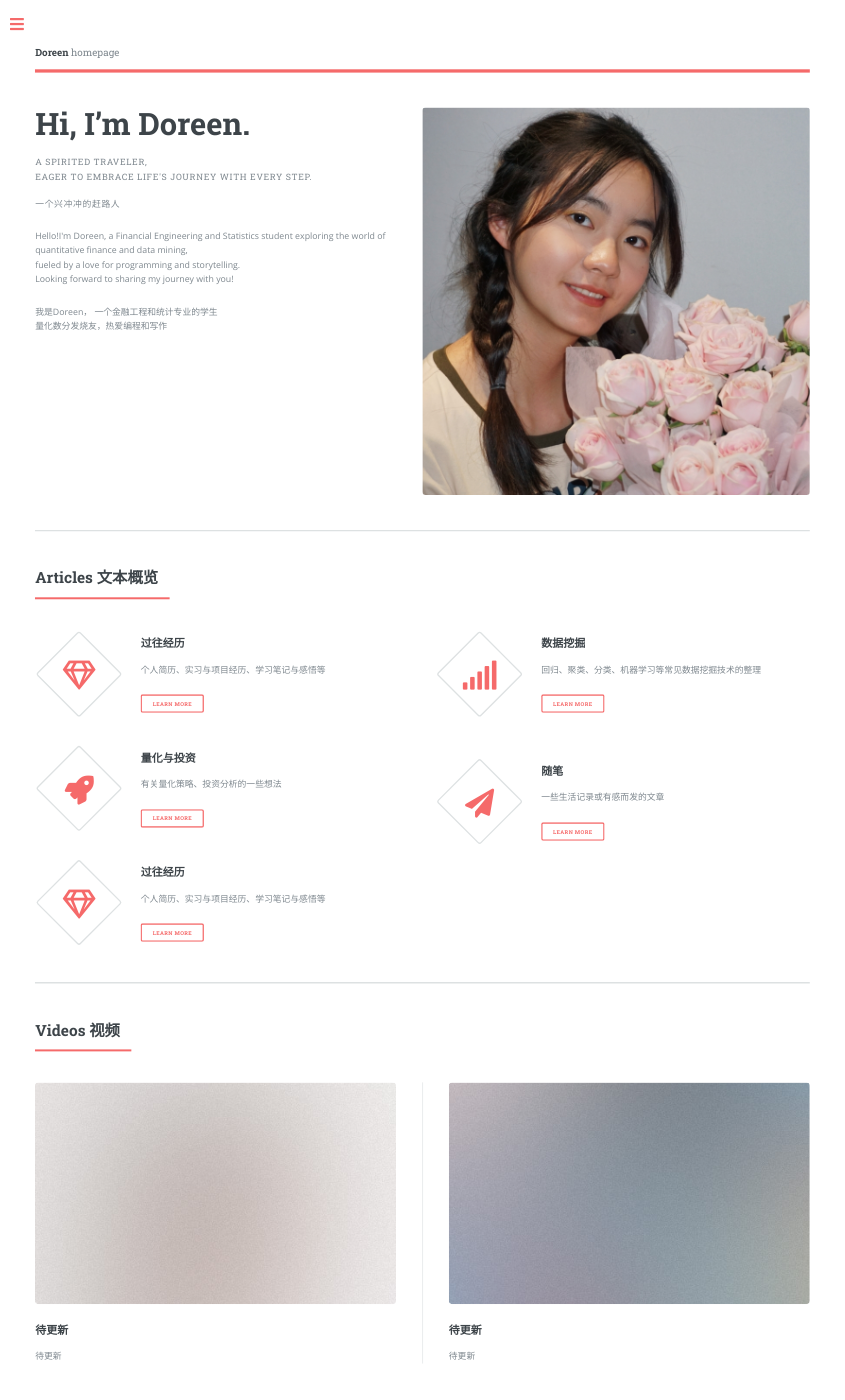
Repository: Hpz3859/Hpz3859.github.io
Page: index.html
These files come from the project's save history. The page is drawn as it stood at one moment and after the next save; the edit follows.
The browser window is 1280 px wide. The pictures show the whole page, at 66% of full size.

Above is the page before, as saved 2025-03-19 12:00:05.

After the next save:
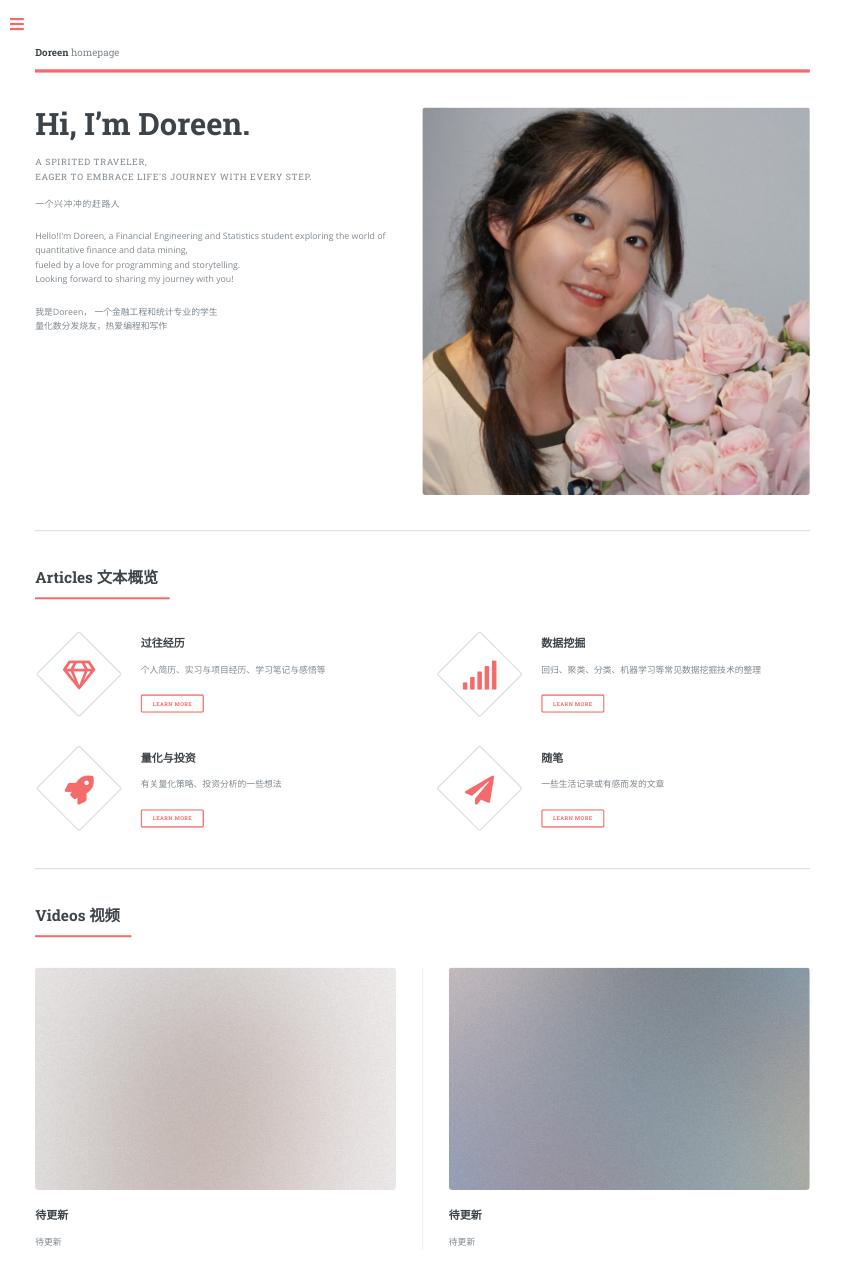
Saved 6 min 3 s later.
--- a/index.html
+++ b/index.html
@@ -108,16 +108,7 @@
 												</ul>
 											</div>
 										</article>
-										<article>
-											<span class="icon fa-gem"></span>
-											<div class="content">
-												<h3>过往经历</h3>
-												<p>个人简历、实习与项目经历、学习笔记与感悟等</p>
-												<ul class="actions">
-													<li><a href="#" class="button small">Learn More</a></li>
-												</ul>
-											</div>
-										</article>
+
 									</div>
 								</section>
 
